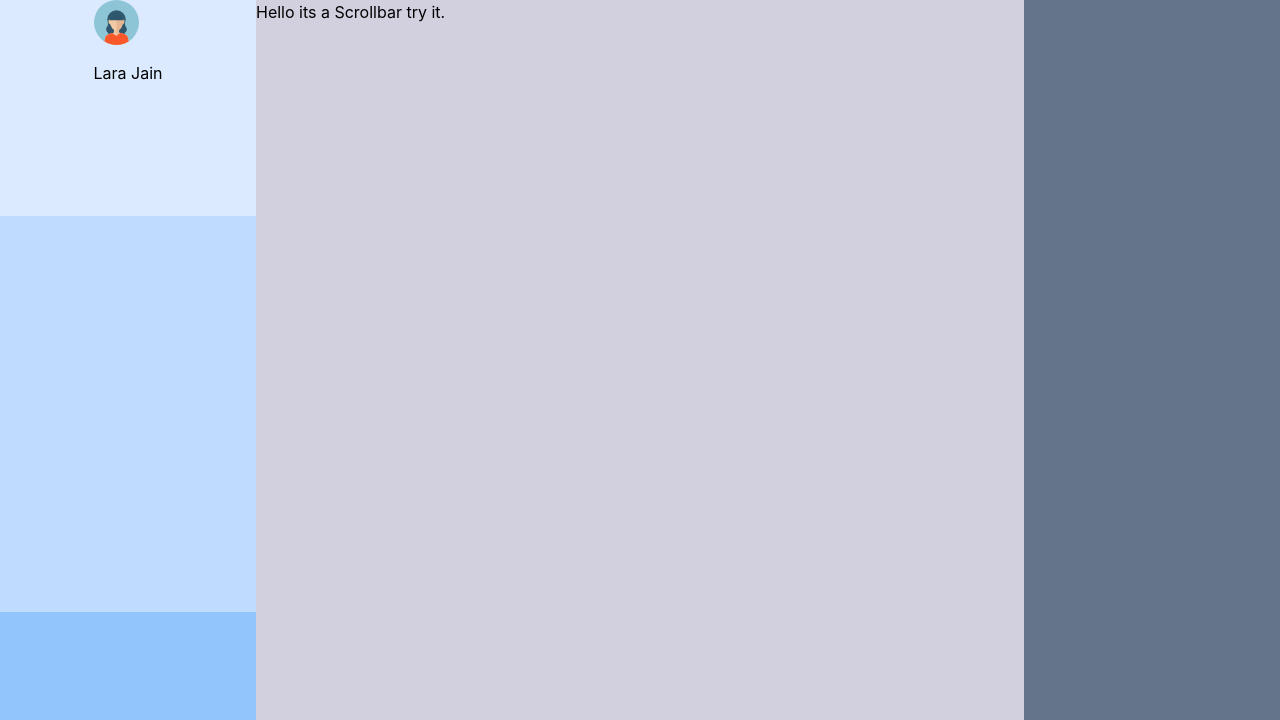
Repository: cosmicswati/upgrad-captions-project
Page: /
These files come from the project's save history. The page is drawn as it stood at one moment and after the next save; the edit follows.
The browser window is 1280 px wide. The pictures show the whole page.
An inner scrolling area shows only its first screen. The project was rebuilt for these pictures with package versions that can differ from the ones it lists, and the page was loaded fresh each time. Also part of the build but not shown: src/components/Input/index.js, src/components/Button/index.js, src/modules/Authorization/Form.jsx, src/modules/Authorization/index.js.

Above is the page before, as saved 2024-04-09 13:39:47.

### src/index.css
@tailwind base;
@tailwind components;
@tailwind utilities;

body {
  margin: 0;
  font-family: -apple-system, BlinkMacSystemFont, 'Segoe UI', 'Roboto', 'Oxygen',
    'Ubuntu', 'Cantarell', 'Fira Sans', 'Droid Sans', 'Helvetica Neue',
    sans-serif;
  -webkit-font-smoothing: antialiased;
  -moz-osx-font-smoothing: grayscale;
}

code {
  font-family: source-code-pro, Menlo, Monaco, Consolas, 'Courier New',
    monospace;
}

.scrollbar-hide::-webkit-scrollbar{
  display: none;
}

### src/App.js
import Auth from "./modules/Authorization";
import Home from "./modules/Home";


function App() {
  return (
    <div>
      {/* <Auth />  */}
      <Home />
    </div>
  );
}

export default App;

### src/modules/Home/index.js
import React from 'react'
import { ReactComponent as Avatar} from '../../assets/Avatar.svg'

const Home = () => {
  return (
    <div className='h-screen bg-[#d2cfdf] flex overflow-hidden'>
        <div className='w-[20%] flex flex-col'>
            <div className='h-[30%] bg-blue-100 flex justify-center item-center'>
                <div>
                    <Avatar width={'45px'} height={'45px'}/>
                    <p className='my-4'>Lara Jain</p>
                </div>
            </div>
            <div className='h-[55%] bg-blue-200'></div>
            <div className='h-[15%] bg-blue-300'></div>
        </div>
        <div className='w-[60%] overflow-scroll h-full scrollbar-hide'>
            <div className='h-[1500px]'>Hello its a Scrollbar try it.</div>
        </div>
        <div className='w-[20%] bg-slate-500'></div>
    </div>
  )
}

export default Home

### tailwind.config.js
/** @type {import('tailwindcss').Config} */
module.exports = {
 mode:'jit',
 purge: [
  './public/**/*.html',
  './src/**/*.{js,jsx,ts,tsx,vue}',
 ],
  content: [
    "./src/**/*.{js,jsx,ts,tsx}",
  ],
  theme: {
    extend: {},
  },
  plugins: [],
}

Loaded but not shown: public/index.html (common file); src/index.js (common file); src/reportWebVitals.js (common file)

After the next save:
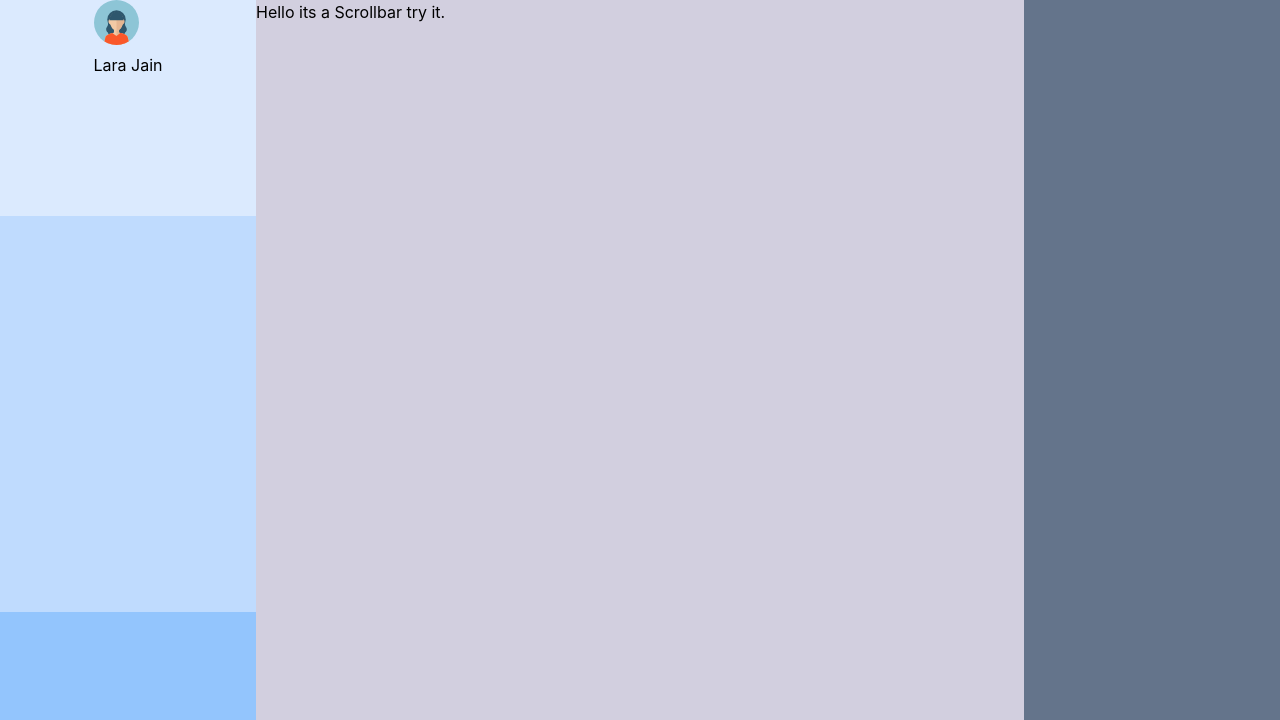
Saved 16 s later.
--- a/src/modules/Home/index.js
+++ b/src/modules/Home/index.js
@@ -8,7 +8,7 @@ const Home = () => {
             <div className='h-[30%] bg-blue-100 flex justify-center item-center'>
                 <div>
                     <Avatar width={'45px'} height={'45px'}/>
-                    <p className='my-4'>Lara Jain</p>
+                    <p className='my-2'>Lara Jain</p>
                 </div>
             </div>
             <div className='h-[55%] bg-blue-200'></div>
